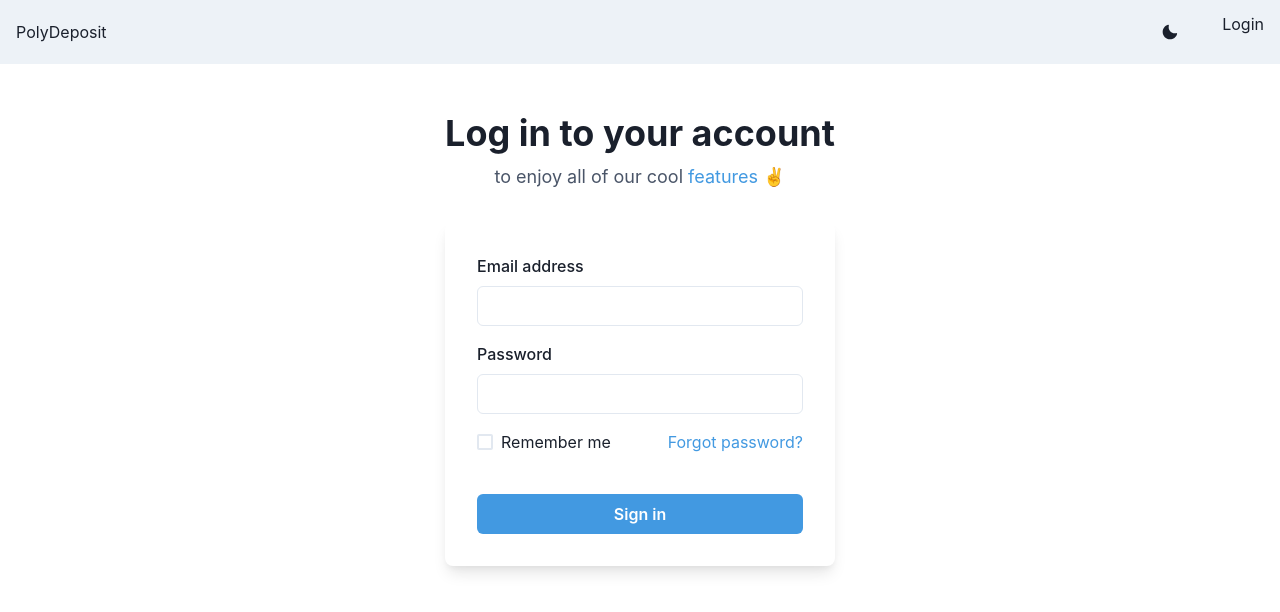
Repository: junghochoi-playground/PolyDeposit
Page: /login (app in poly-deposit-fe/)
These files come from the project's save history. The page is drawn as it stood at one moment and after the next save; the edit follows.
The browser window is 1280 px wide. The pictures show the whole page.
The project was rebuilt for these pictures with package versions that can differ from the ones it lists, and the page was loaded fresh each time. The framework's server and built-in components were replaced by stand-ins that run in the browser. Also part of the build but not shown: poly-deposit-fe/next.config.js.

Above is the page before, as saved 2022-07-09 17:42:07.

### poly-deposit-fe/pages/_app.tsx
import '../styles/globals.css';
import type { AppProps } from 'next/app';
import { ChakraProvider } from '@chakra-ui/react';
import Navbar from '../components/Navbar';

function MyApp({ Component, pageProps }: AppProps) {
  return (
    <ChakraProvider>
      <Navbar />
      <Component {...pageProps} />
    </ChakraProvider>
  );
}

export default MyApp;

### poly-deposit-fe/pages/login/index.tsx
import {
    Flex,
    Box,
    FormControl,
    FormLabel,
    Input,
    Checkbox,
    Stack,
    Link,
    Button,
    Heading,
    Text,
    useColorModeValue,
  } from '@chakra-ui/react';

  export default function SimpleCard() {
    return (
      <Flex
        align={'center'}
        justify={'center'}>
        <Stack spacing={8} mx={'auto'} maxW={'lg'} py={12} px={6}>
          <Stack align={'center'}>
            <Heading fontSize={'4xl'}>Log in to your account</Heading>
            <Text fontSize={'lg'} color={'gray.600'}>
              to enjoy all of our cool <Link color={'blue.400'}>features</Link> ✌️
            </Text>
          </Stack>
          <Box
            rounded={'lg'}
            bg={useColorModeValue('white', 'gray.700')}
            boxShadow={'lg'}
            p={8}>
            <Stack spacing={4}>
              <FormControl id="email">
                <FormLabel>Email address</FormLabel>
                <Input type="email" />
              </FormControl>
              <FormControl id="password">
                <FormLabel>Password</FormLabel>
                <Input type="password" />
              </FormControl>
              <Stack spacing={10}>
                <Stack
                  direction={{ base: 'column', sm: 'row' }}
                  align={'start'}
                  justify={'space-between'}>
                  <Checkbox>Remember me</Checkbox>
                  <Link color={'blue.400'}>Forgot password?</Link>
                </Stack>
                <Button
                  bg={'blue.400'}
                  color={'white'}
                  _hover={{
                    bg: 'blue.500',
                  }}>
                  Sign in
                </Button>
              </Stack>
            </Stack>
          </Box>
        </Stack>
      </Flex>
    );
  }

### poly-deposit-fe/components/Navbar.tsx
import { ReactNode } from 'react';
import {
  Box,
  Flex,
  Avatar,
  Link,
  Button,
  Menu,
  MenuButton,
  MenuList,
  MenuItem,
  MenuDivider,
  useDisclosure,
  useColorModeValue,
  Stack,
  useColorMode,
  Center,
} from '@chakra-ui/react';

import NextLink from 'next/link';

import { MoonIcon, SunIcon } from '@chakra-ui/icons';

const NavLink = ({ children }: { children: ReactNode }) => (
  <Link
    px={2}
    py={1}
    rounded={'md'}
    _hover={{
      textDecoration: 'none',
      bg: useColorModeValue('gray.200', 'gray.700'),
    }}
    href={'#'}
  >
    {children}
  </Link>
);

export default function Navbar() {
  const { colorMode, toggleColorMode } = useColorMode();
  const { isOpen, onOpen, onClose } = useDisclosure();
  return (
    <>
      <Box bg={useColorModeValue('gray.100', 'gray.900')} px={4}>
        <Flex h={16} alignItems={'center'} justifyContent={'space-between'}>
          <Box>PolyDeposit</Box>

          <Flex alignItems={'center'}>
            <Stack direction={'row'} spacing={7}>
              <Button onClick={toggleColorMode}>
                {colorMode === 'light' ? <MoonIcon /> : <SunIcon />}
              </Button>


                <NextLink href={'/login'} passHref>
                  <Link>Login</Link>
                </NextLink>


              {/* <Menu>

                 <MenuButton
                  as={Button}
                  rounded={'full'}
                  variant={'link'}
                  cursor={'pointer'}
                  minW={0}>
                  <Avatar
                    size={'sm'}
                    src={'https://avatars.dicebear.com/api/male/username.svg'}
                  />
                </MenuButton>
                <MenuList alignItems={'center'}>
                  <br />
                  <Center>
                    <Avatar
                      size={'2xl'}
                      src={'https://avatars.dicebear.com/api/male/username.svg'}
                    />
                  </Center>
                  <br />
                  <Center>
                    <p>Username</p>
                  </Center>
                  <br />
                  <MenuDivider />
                  <MenuItem>Your Servers</MenuItem>
                  <MenuItem>Account Settings</MenuItem>
                  <MenuItem>Login</MenuItem>
                </MenuList>
              </Menu> */}
            </Stack>
          </Flex>
        </Flex>
      </Box>
    </>
  );
}

Loaded but not shown: poly-deposit-fe/styles/globals.css (common file)

After the next save:
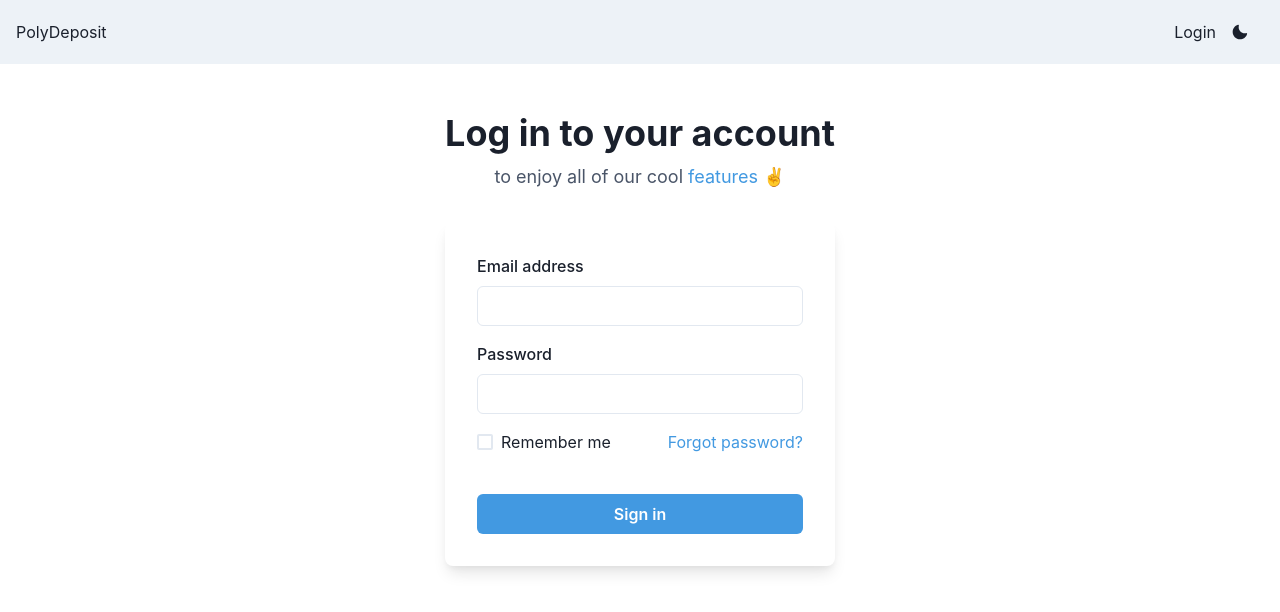
Saved 2 min 13 s later.
--- a/poly-deposit-fe/components/Navbar.tsx
+++ b/poly-deposit-fe/components/Navbar.tsx
@@ -46,18 +46,16 @@ export default function Navbar() {
           <Box>PolyDeposit</Box>
 
           <Flex alignItems={'center'}>
+            <NextLink href={'/login'} passHref>
+              <Link>Login</Link>
+            </NextLink>
             <Stack direction={'row'} spacing={7}>
               <Button onClick={toggleColorMode}>
                 {colorMode === 'light' ? <MoonIcon /> : <SunIcon />}
               </Button>
 
-
-                <NextLink href={'/login'} passHref>
-                  <Link>Login</Link>
-                </NextLink>
-
-
-              {/* <Menu>
+              {/*
+              <Menu>
 
                  <MenuButton
                   as={Button}
@@ -88,7 +86,8 @@ export default function Navbar() {
                   <MenuItem>Account Settings</MenuItem>
                   <MenuItem>Login</MenuItem>
                 </MenuList>
-              </Menu> */}
+              </Menu>
+            */}
             </Stack>
           </Flex>
         </Flex>
